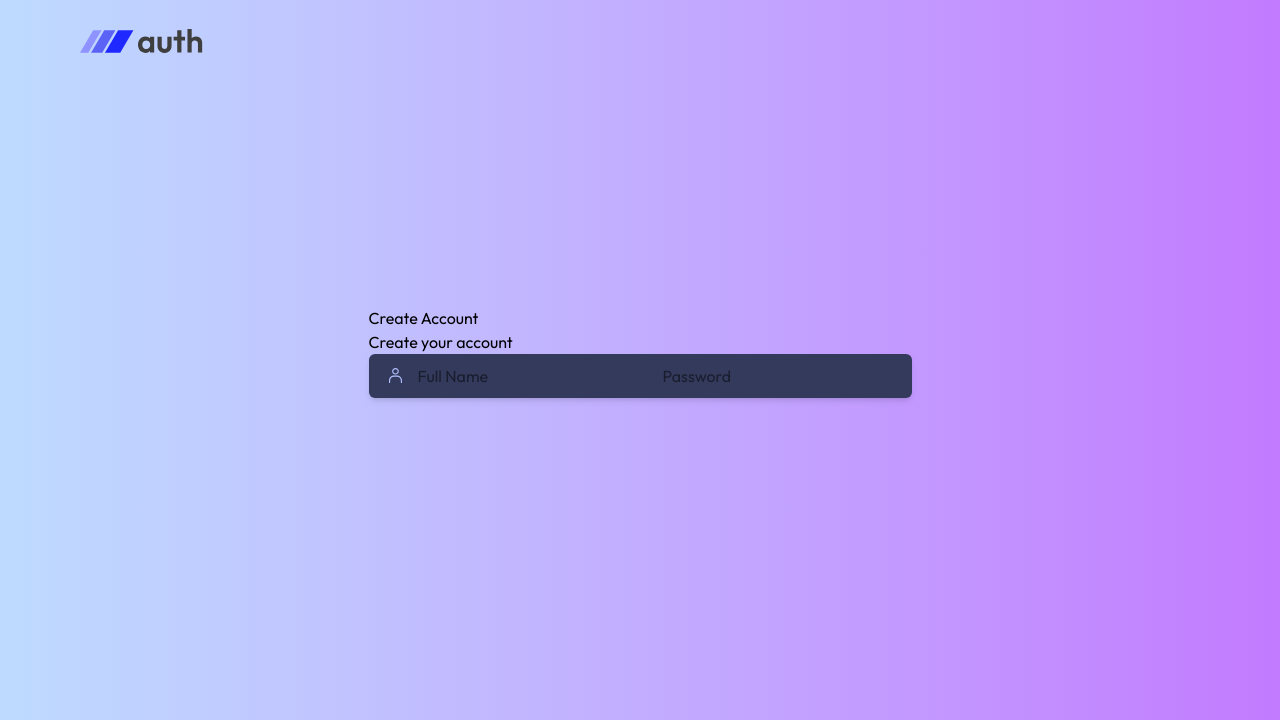
Repository: AuthnSapuarachchi/AuthnticationApplication-MERN-Stack
Page: /login (app in client/)
These files come from the project's save history. The page is drawn as it stood at one moment and after a run of saves; the edit follows.
The browser window is 1280 px wide. The pictures show the whole page.
The project was rebuilt for these pictures with package versions that can differ from the ones it lists, and the page was loaded fresh each time. Also part of the build but not shown: client/vite.config.js, client/src/components/NavBar.jsx, client/src/components/Header.jsx, client/src/pages/home.jsx, client/src/pages/ResetPassword.jsx, client/src/pages/EmailVerify.jsx.

Above is the page before, as saved 2025-07-31 12:06:42.

After the next 6 saves:
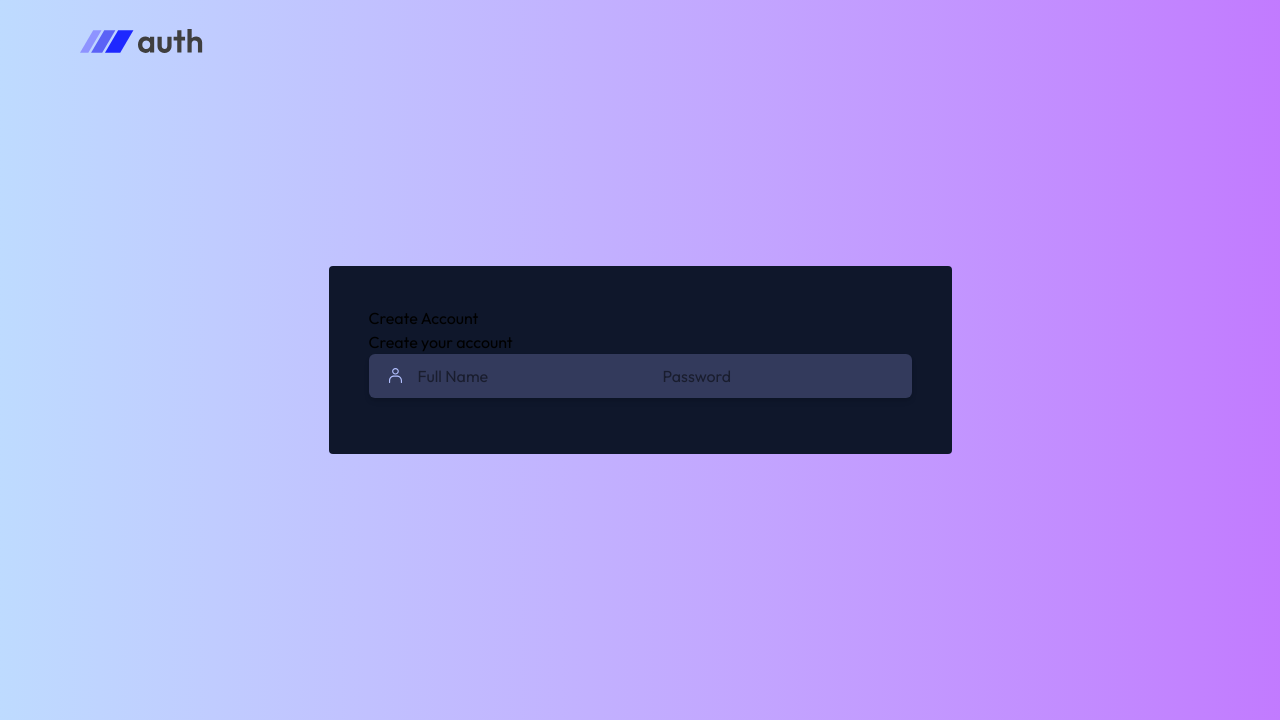
The 6 saves are shown as one change because they came seconds apart.
The last was saved 12 s later.
--- a/client/src/pages/login.jsx
+++ b/client/src/pages/login.jsx
@@ -8,7 +8,7 @@ const Login = () => {
     <div className='flex items-center justify-center min-h-screen px-6 sm:px-0 bg-gradient-to-r from-blue-200 to-purple-400 relative'>
       <img src={assets.logo} alt="" className='absolute left-5 sm:left-20
       top-5 w-28 sm:w-32 cursor-pointer' />
-      <div className='bg-sla'>
+      <div className='bg-slate-900 p-10 rounded'>
         <h2>{state === 'Sign Up' ? 'Create Account' : 'Login'}</h2>
         <p>{state === 'Sign Up' ? 'Create your account' : 'Login to your account'}</p>
         <form>
